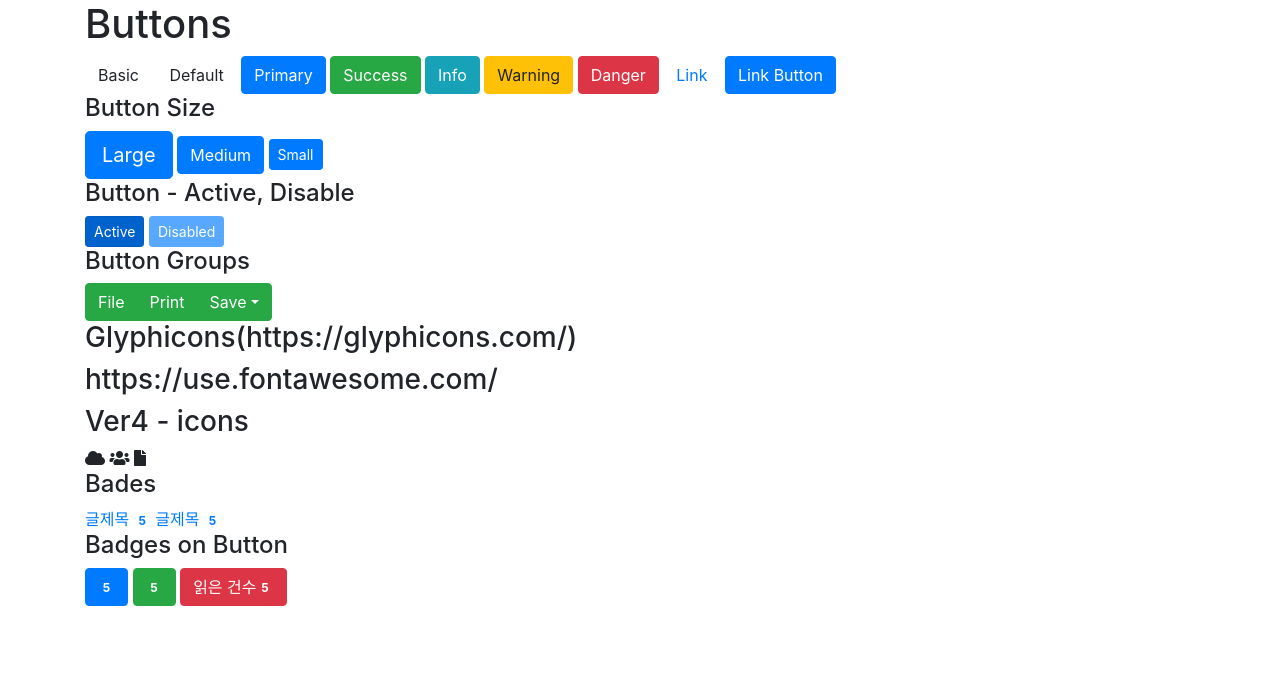
Repository: Junhee1412/front_end_practice
Page: jquery, bootstrap/js05_bootstrap/public/js04_buttons.html
The author's editor kept a copy of each file at every save. The page is drawn from the files as they stood at one save, then again after the next save.
The browser window is 1280 px wide. The pictures show the whole page.

Above is the page before, as saved 2022-11-16 02:10:04.

### jquery, bootstrap/js05_bootstrap/public/js04_buttons.html
<!DOCTYPE html>
<html>
<head>
   <meta charset="UTF-8">
   <meta name="viewport" content="width=device-width, initial-scale=1, minimum-scale=1, maximum-scale=1">
     <link rel="stylesheet" href="https://maxcdn.bootstrapcdn.com/bootstrap/4.5.2/css/bootstrap.min.css">
   <style>
   </style>
     <script src="https://code.jquery.com/jquery-3.6.0.min.js"></script>
     <script src="https://maxcdn.bootstrapcdn.com/bootstrap/4.5.2/js/bootstrap.min.js"></script>
     <link rel="stylesheet" href="https://use.fontawesome.com/releases/v5.7.0/css/all.css"
     integrity="sha384-lZN37f5QGtY3VHgisS14W3ExzMWZxybE1SJSEsQp9S+oqd12jhcu+A56Ebc1zFSJ" crossorigin="anonymous">
	<script>

	</script>
</head>
<body>
	<div class="container">
		<h1>Buttons</h1>
		<button type="button" class="btn">Basic</button>
		<button type="button" class="btn btn-default">Default</button>
		<button type="button" class="btn btn-primary">Primary</button>
		<button type="button" class="btn btn-success">Success</button>
		<button type="button" class="btn btn-info">Info</button>
		<button type="button" class="btn btn-warning">Warning</button>
		<button type="button" class="btn btn-danger">Danger</button>
		<button type="button" class="btn btn-link">Link</button>
		<a href="#" class="btn btn-primary">Link Button</a>
		<br />
		<h4>Button Size</h4>
		<button type="button" class="btn btn-primary btn-lg">Large</button>
		<button type="button" class="btn btn-primary btn-md">Medium</button>
		<button type="button" class="btn btn-primary btn-sm">Small</button>
		<br />
		<h4>Button - Active, Disable</h4>
		<button type="button" class="btn btn-primary btn-sm active" >Active</button>
		<button type="button" class="btn btn-primary btn-sm" disabled>Disabled</button>
		<br />
		<h4>Button Groups</h4>
		<div class="btn-group">
		<button type="button" class="btn btn-success" >File</button>
		<button type="button" class="btn btn-success" >Print</button>
			<div class="btn-group">
				<button type="button" class="btn btn-success dropdown-toggle" data-toggle="dropdown">Save</button>
					<div class="dropdown-menu">
						<a href="#" class="dropdown-item">Save As</a>
						<a href="#" class="dropdown-item">Save All</a>
					</div>
			</div>
		</div>
		<br/>
		<h3>Glyphicons(https://glyphicons.com/)</h3>
		<h3>https://use.fontawesome.com/</h3>
		<h3>Ver4 - icons</h3>
		<i class="fas fa-cloud"></i>
		<i class="fas fa-users"></i>
		<i class="fas fa-file"></i>
		<br/>
		<h4>Bades</h4>
		<a href="#">글제목 <span class="badge">5</span></a>
		<a href="#">글제목 <span class="badge">5</span></a>

		<h4>Badges on Button</h4>
		<button type="button" class="btn btn-primary"><span class="badge">5</span></button>
		<button type="button" class="btn btn-success"><span class="badge">5</span></button>
		<button type="button" class="btn btn-danger">읽은 건수<span class="badge">5</span></button>
		<br/>
	</div>
</body>
</html>

After the next save:
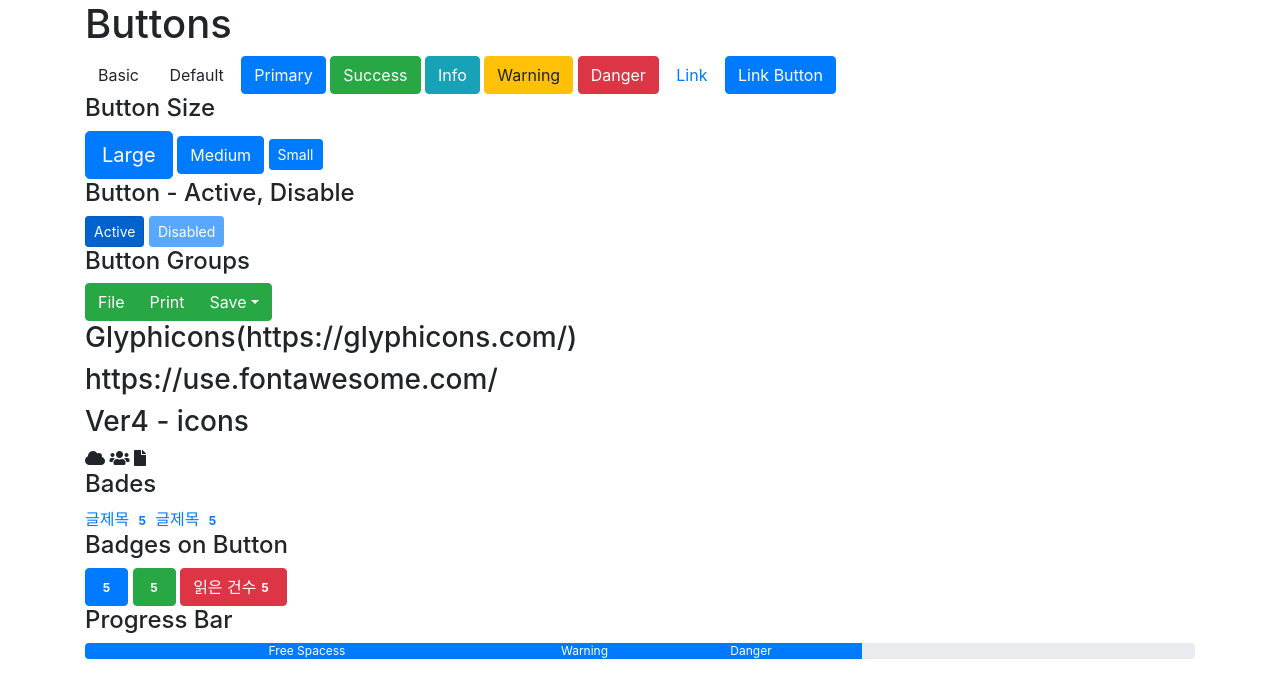
Saved 3 min 29 s later.
--- a/jquery, bootstrap/js05_bootstrap/public/js04_buttons.html
+++ b/jquery, bootstrap/js05_bootstrap/public/js04_buttons.html
@@ -65,6 +65,13 @@
 		<button type="button" class="btn btn-success"><span class="badge">5</span></button>
 		<button type="button" class="btn btn-danger">읽은 건수<span class="badge">5</span></button>
 		<br/>
+
+		<h4>Progress Bar</h4>
+		<div class="progress">
+			<div class="progress-bar progress-bar-success" style="width:40%">Free Spacess</div>
+			<div class="progress-bar progress-bar-warning" style="width:10%">Warning</div>
+			<div class="progress-bar progress-bar-danger" style="width:20%">Danger</div>
+		</div>
 	</div>
 </body>
 </html>
